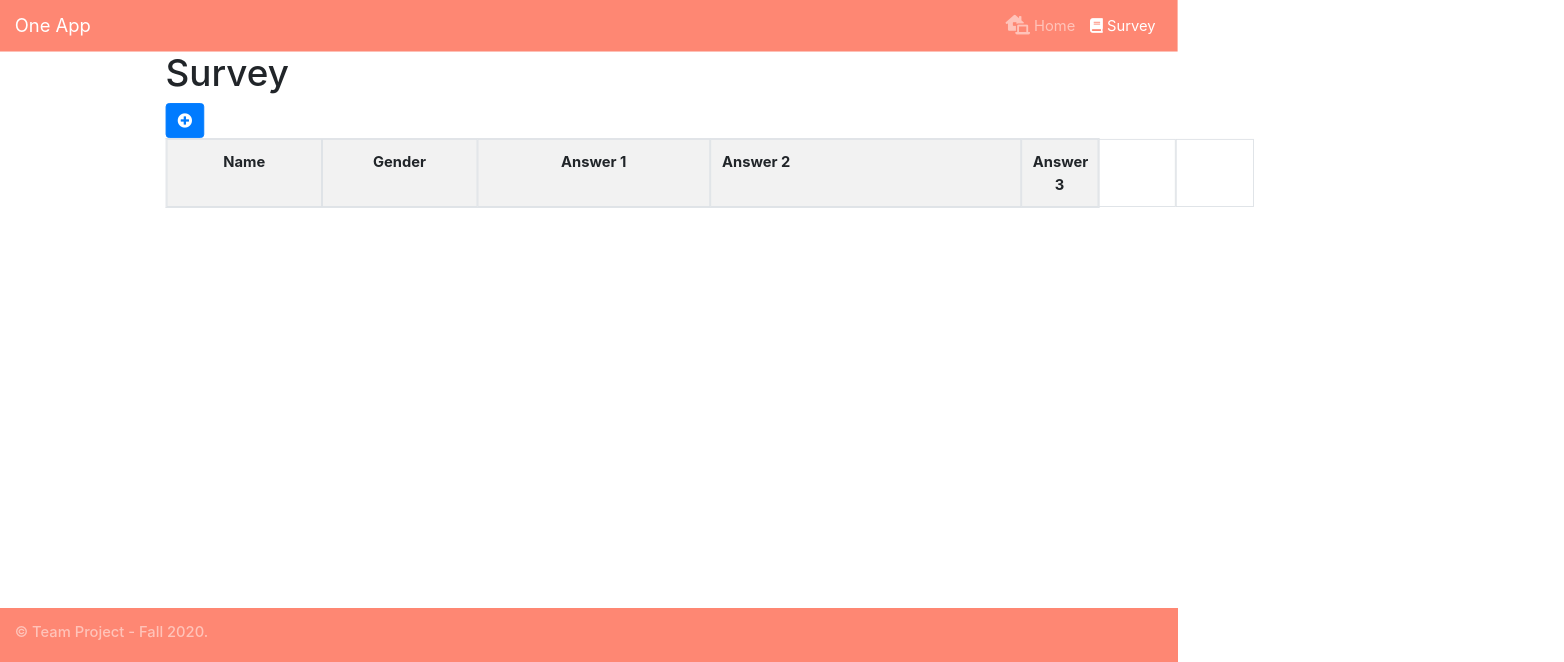
Repository: Dyazho/group-project
Page: http://localhost/survey
These files come from the project's save history. The page is drawn as it stood at one moment and after the next save; the edit follows.
The browser window is 1280 px wide. The page is 1363 px wide, then 1700 px, so the pictures cover 1700 px, including what lies to the right of the window. The pictures show the whole page, at 92% of full size.
The page is served by the project's Node server (server.js). Queries for data that is not in the repository find no rows.

Above is the page before, as saved 2020-11-16 11:07:24.

After the next save:
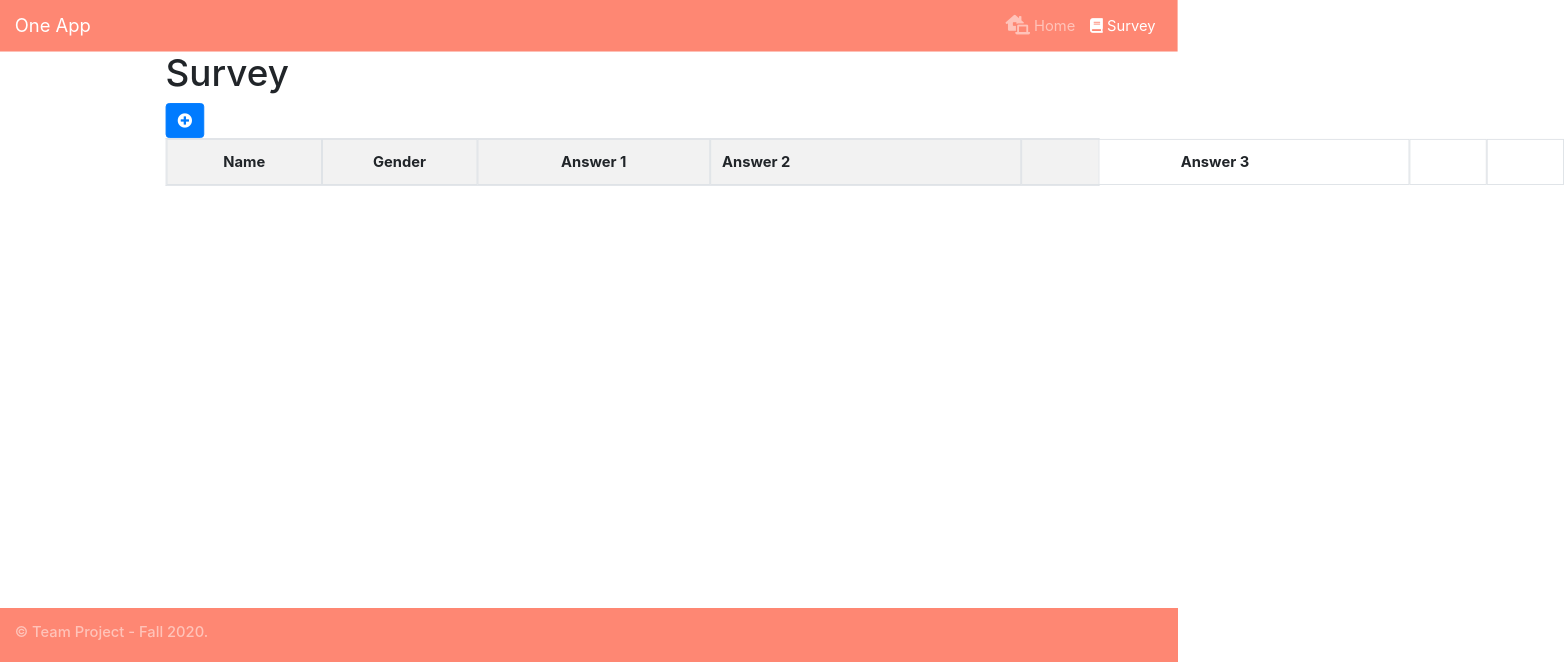
Saved 9 s later.
--- a/server/views/book/list.ejs
+++ b/server/views/book/list.ejs
@@ -18,7 +18,7 @@
                     <th class="text-center col-2">Gender</th>
                     <th class="text-center col-3">Answer 1</th>
                     <th class="col-4">Answer 2</th>
-                    <th class="text-center col-1">Answer 3</th>
+                    <th class="text-center col-5">Answer 3</th>
                     <th class="text-center col-1"></th>
                     <th class="text-center col-1"></th>
                 </tr>
